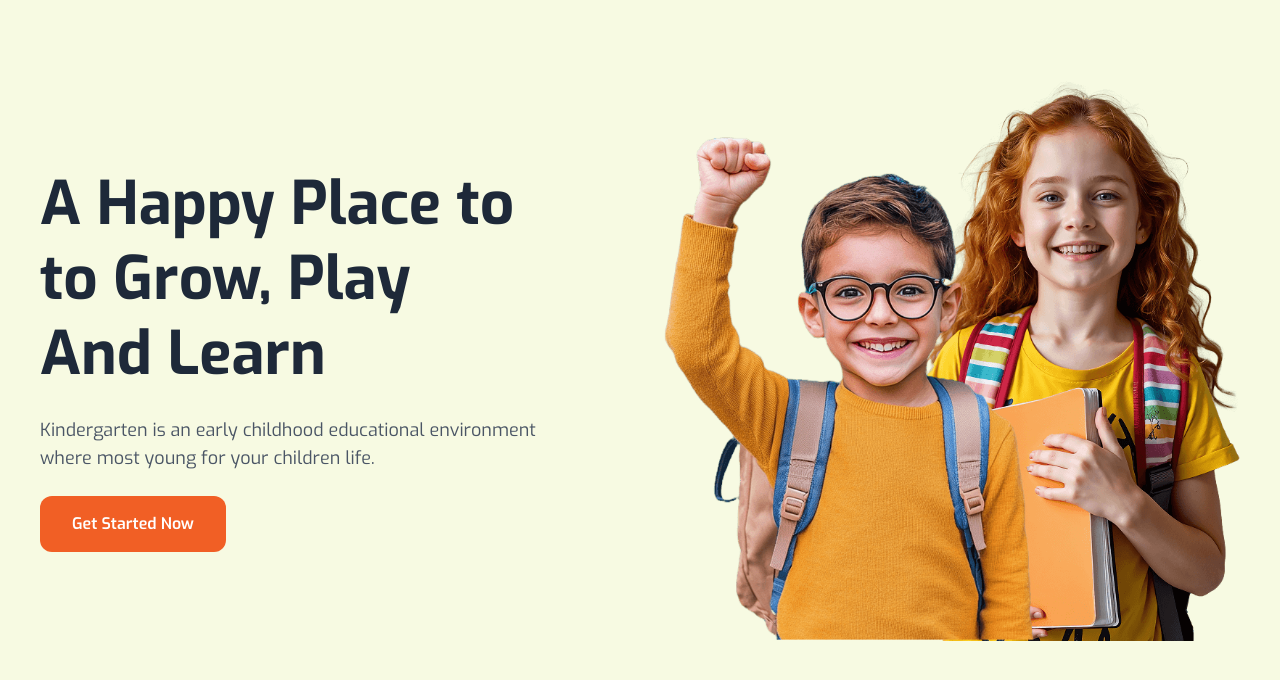
Repository: deepak445566/school
Page: / (app in okwork/)
The author's editor kept a copy of each file at every save. The page is drawn from the files as they stood at one save, then again after the next save.
The browser window is 1280 px wide. The pictures show the whole page.
Some web fonts or font styles are not loaded; a fallback is used. The project was rebuilt for these pictures with package versions that can differ from the ones it lists, and the page was loaded fresh each time. Some packages were replaced by stand-ins written for this rebuild. Also part of the build but not shown: okwork/vite.config.js.

Above is the page before, as saved 2026-02-18 16:30:12.

After the next save:
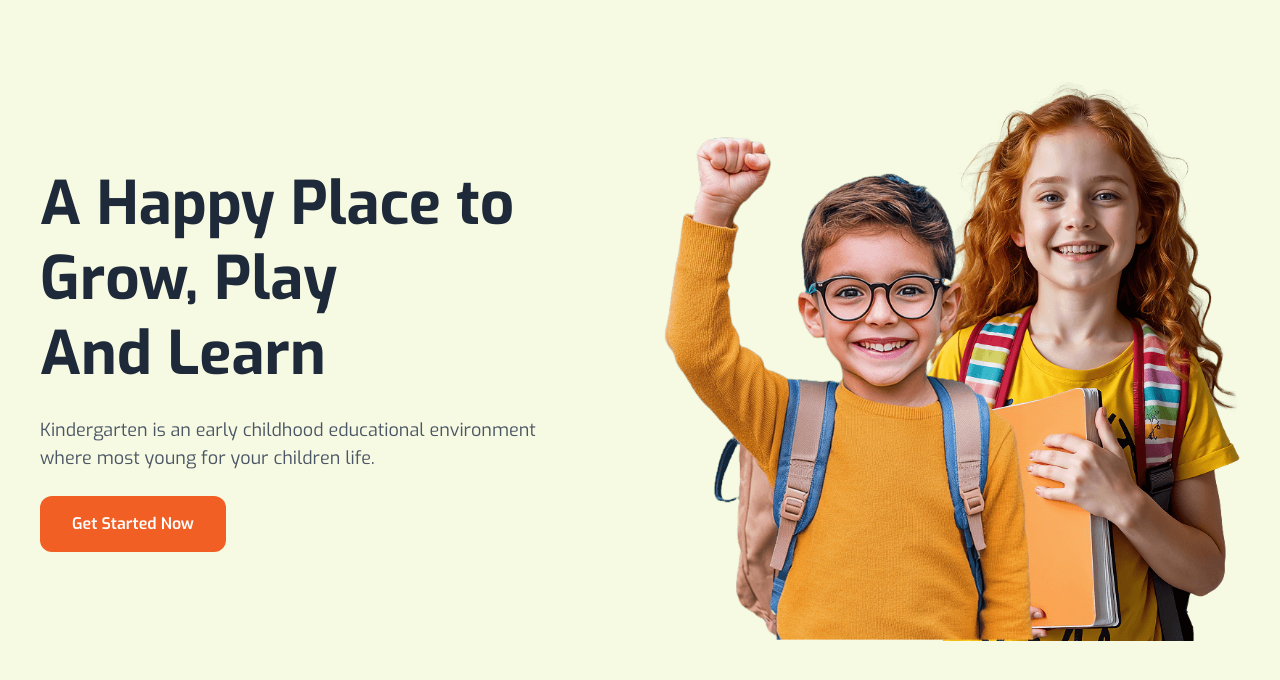
Saved 6 s later.
--- a/okwork/src/components/Home.jsx
+++ b/okwork/src/components/Home.jsx
@@ -19,7 +19,7 @@ const Home = () => {
             <h1 className="text-4xl text-gray-800 md:text-5xl lg:text-6xl font-bold leading-tight exo">
              A Happy Place to
               <br />
-              <span className="text-gray-800">to Grow, Play  </span>
+              <span className="text-gray-800"> Grow, Play  </span>
               <br />
               <span className="text-gray-800"> And Learn</span>
             </h1>
